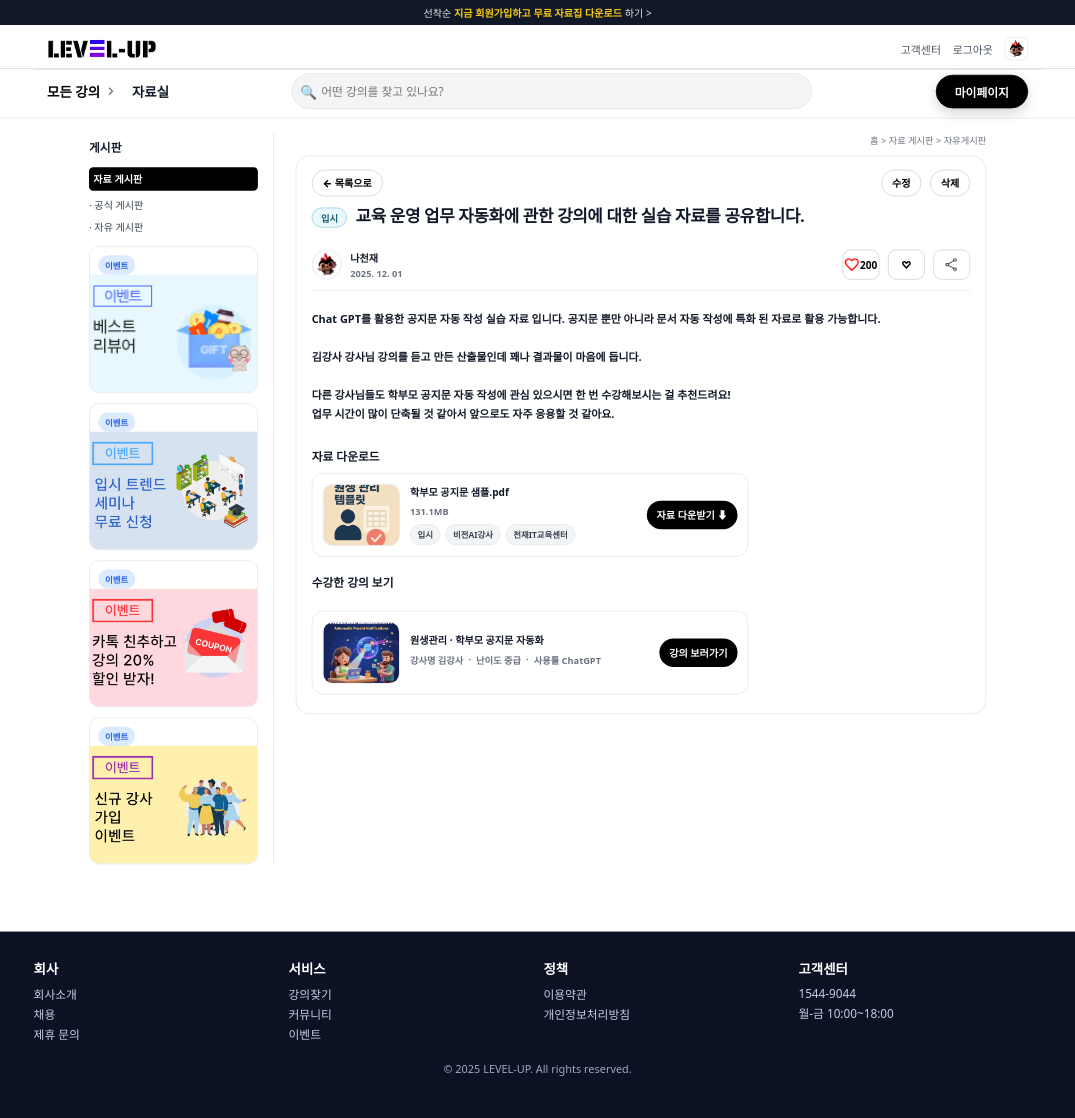
Repository: Iimchaehoon/level_up
Page: board_detail.html
These files come from the project's save history. The page is drawn as it stood at one moment and after the next save; the edit follows.
The browser window is 1280 px wide. The pictures show the whole page, at 84% of full size.

Above is the page before, as saved 2025-12-16 23:26:47.

After the next save:
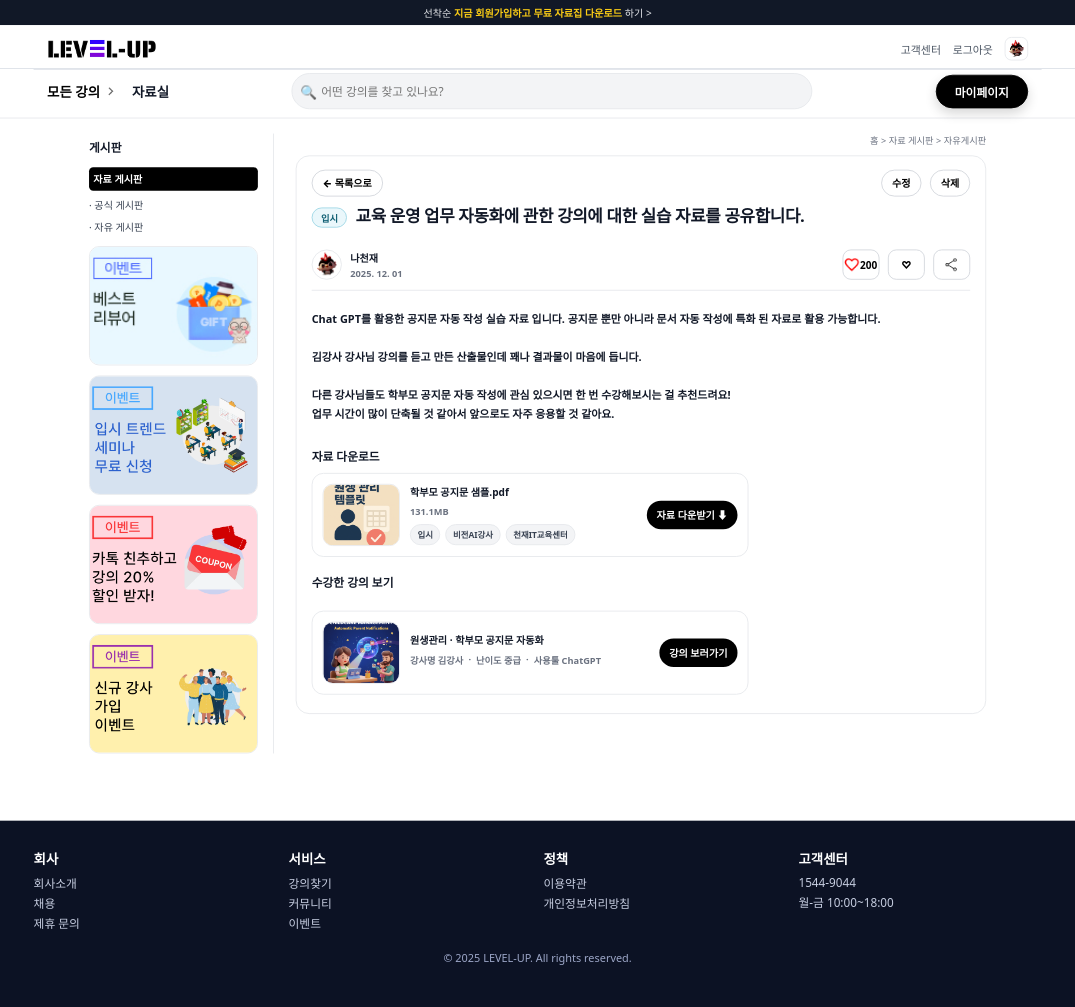
Saved 26 s later.
--- a/board_detail.html
+++ b/board_detail.html
@@ -467,10 +467,10 @@
 
       <!-- 광고 -->
       <div class="side__cards">
-        <div class="evt"><span class="evt__badge">이벤트</span><img src="./lecture/img5.png" alt="이벤트 1"></div>
-        <div class="evt"><span class="evt__badge">이벤트</span><img src="./lecture/img6.png" alt="이벤트 2"></div>
-        <div class="evt"><span class="evt__badge">이벤트</span><img src="./lecture/img7.png" alt="이벤트 3"></div>
-        <div class="evt"><span class="evt__badge">이벤트</span><img src="./lecture/img8.png" alt="이벤트 4"></div>
+        <div class="evt"><img src="./lecture/img5.png" alt="이벤트 1"></div>
+        <div class="evt"><img src="./lecture/img6.png" alt="이벤트 2"></div>
+        <div class="evt"><img src="./lecture/img7.png" alt="이벤트 3"></div>
+        <div class="evt"><img src="./lecture/img8.png" alt="이벤트 4"></div>
       </div>
     </aside>
 
